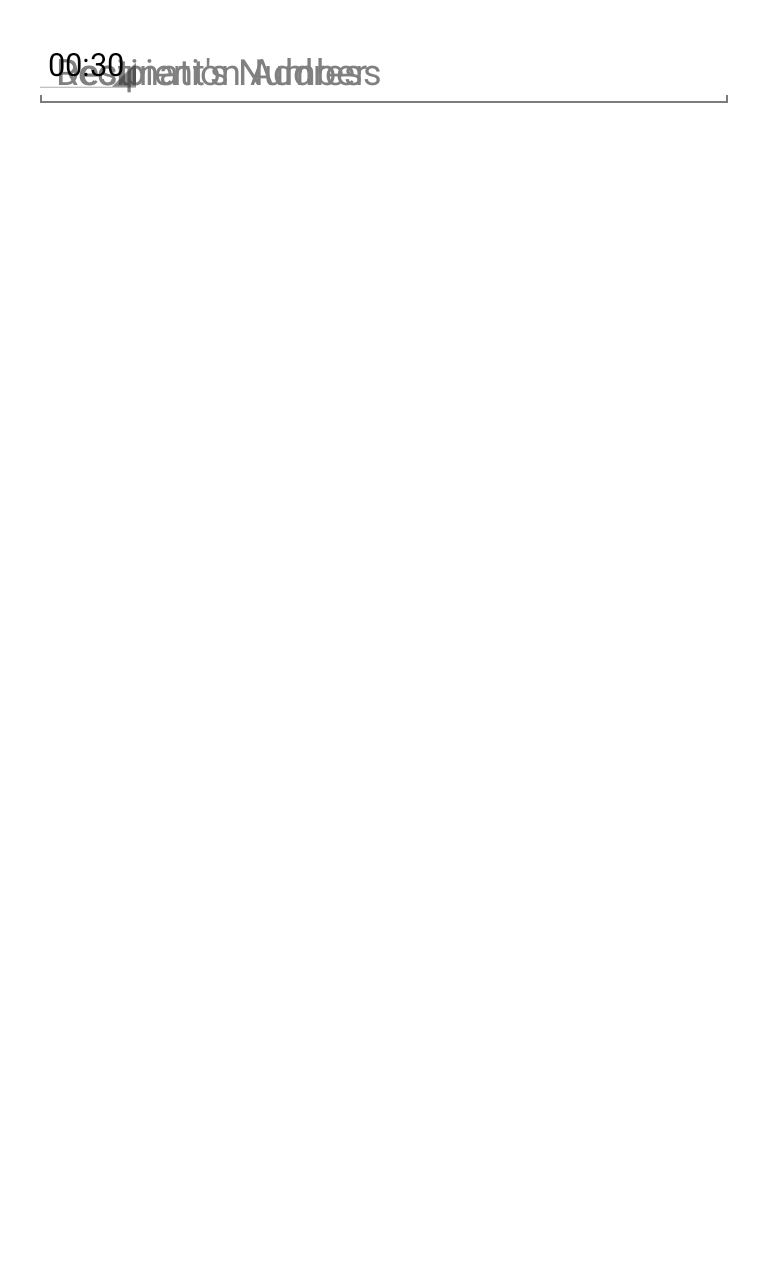
Repository: jmh9072/zolotnik
Layout: app/Herald!/res/layout/activity_main.xml
These files come from the project's save history. The layout is drawn as it stood at one moment and after the next save; the edit follows.
It is drawn on a 768 x 1280 px phone screen (xhdpi) without system bars, with theme AppTheme; the app's code is not run.

Above is the layout before, as saved 2013-06-08 00:38:49.

After the next save:
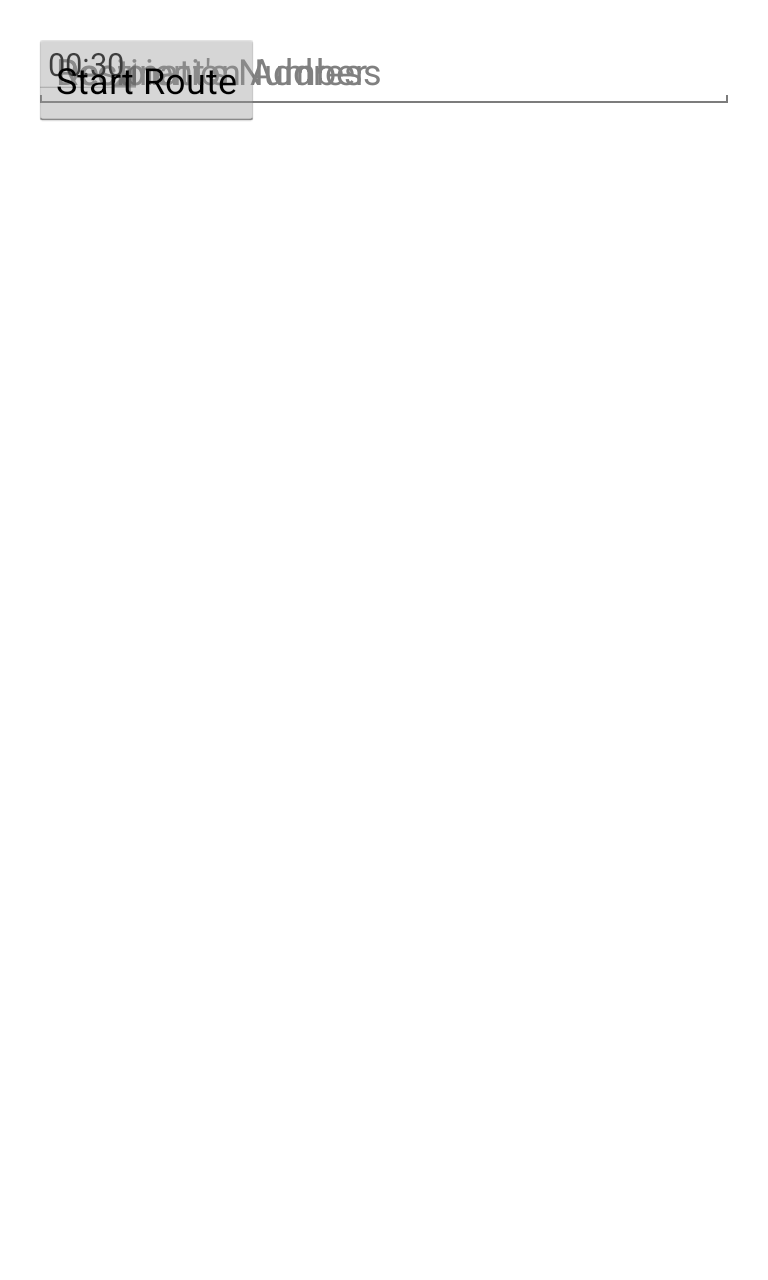
Saved 83 s later.
--- a/app/Herald!/res/layout/activity_main.xml
+++ b/app/Herald!/res/layout/activity_main.xml
@@ -30,7 +30,10 @@
         android:prompt="@string/update_interval"/>
 
     <Button
-        android:id="@+id/"/>
+        android:id="@+id/start_button"
+        android:layout_width="wrap_content"
+        android:layout_height="wrap_content"
+        android:text="@string/start_route"/>
 
 
 
